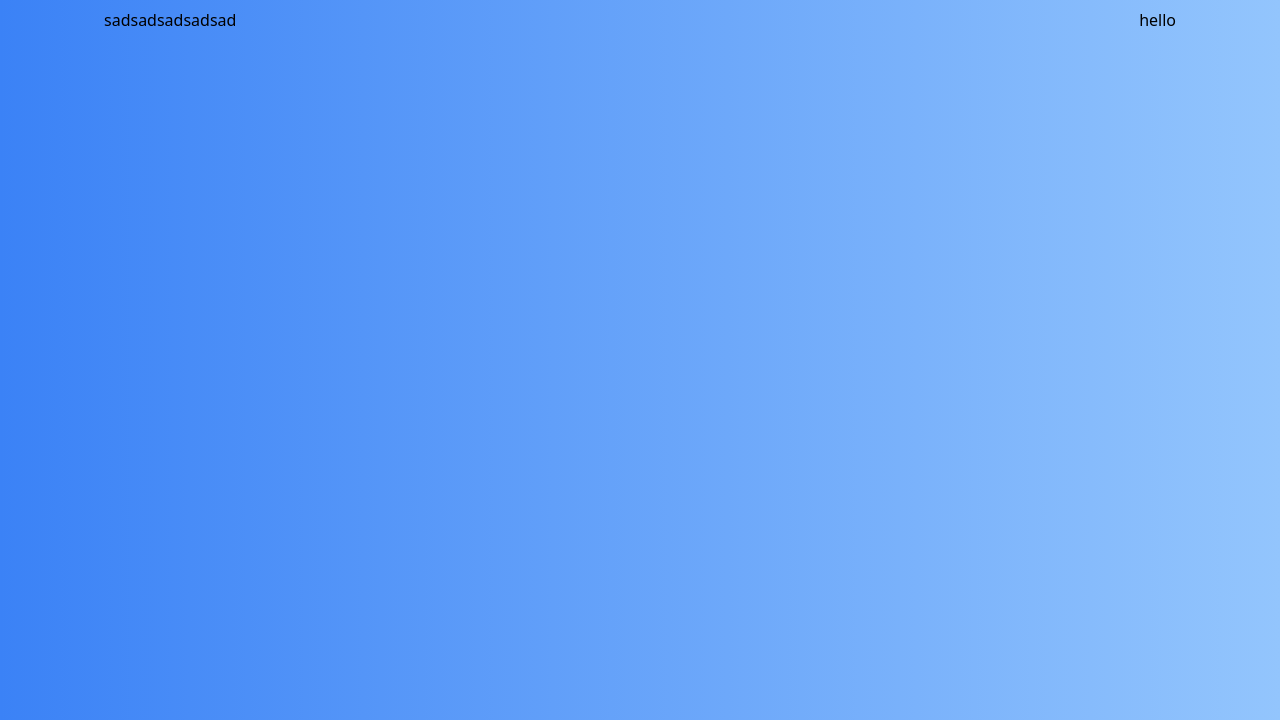
Repository: DevAntonioRogers/react-weatherapp-v2
Page: /
These files come from the project's save history. The page is drawn as it stood at one moment and after the next save; the edit follows.
The browser window is 1280 px wide. The pictures show the whole page.
The project was rebuilt for these pictures with package versions that can differ from the ones it lists, and the page was loaded fresh each time. The framework's server and built-in components were replaced by stand-ins that run in the browser. Also part of the build but not shown: next.config.js.

Above is the page before, as saved 2023-05-17 23:00:04.

### app/layout.tsx
import "./globals.css";
import { Inter } from "next/font/google";

export const metadata = {
  title: "Create Next App",
  description: "Generated by create next app",
};

export default function RootLayout({ children }: { children: React.ReactNode }) {
  return (
    <html lang="en">
      <body>{children}</body>
    </html>
  );
}

### app/page.tsx
export default function Home() {
  return (
    <div className="flex justify-center p-2 bg-cover h-screen bg-gradient-to-r from-blue-500 to-blue-300">
      <div className="bg-inherit mx-24 flex justify-between w-full">
        <h1>sadsadsadsadsad</h1>
        <h2>hello</h2>
      </div>
    </div>
  );
}

Loaded but not shown: app/globals.css (common file); tailwind.config.js (common file)

After the next save:
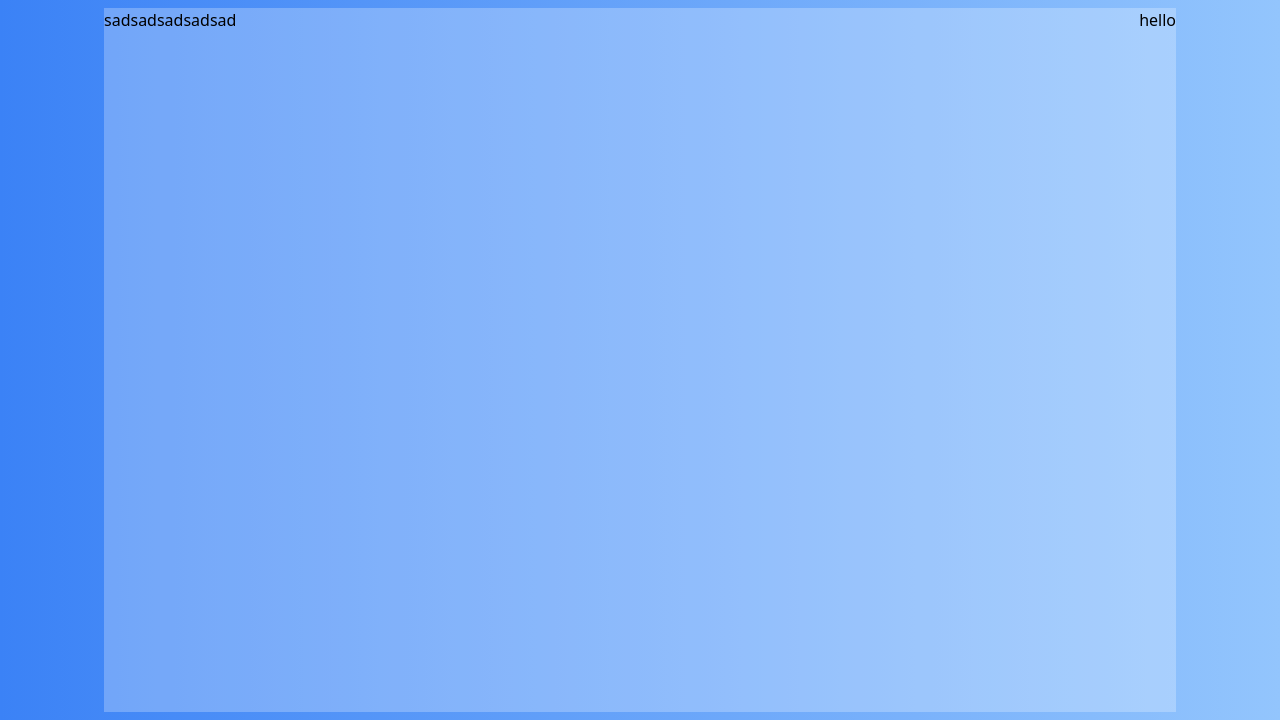
Saved 5 min 48 s later.
--- a/app/page.tsx
+++ b/app/page.tsx
@@ -1,7 +1,7 @@
 export default function Home() {
   return (
     <div className="flex justify-center p-2 bg-cover h-screen bg-gradient-to-r from-blue-500 to-blue-300">
-      <div className="bg-inherit mx-24 flex justify-between w-full">
+      <div className="bg-white/25 mx-24 flex justify-between w-full">
         <h1>sadsadsadsadsad</h1>
         <h2>hello</h2>
       </div>
